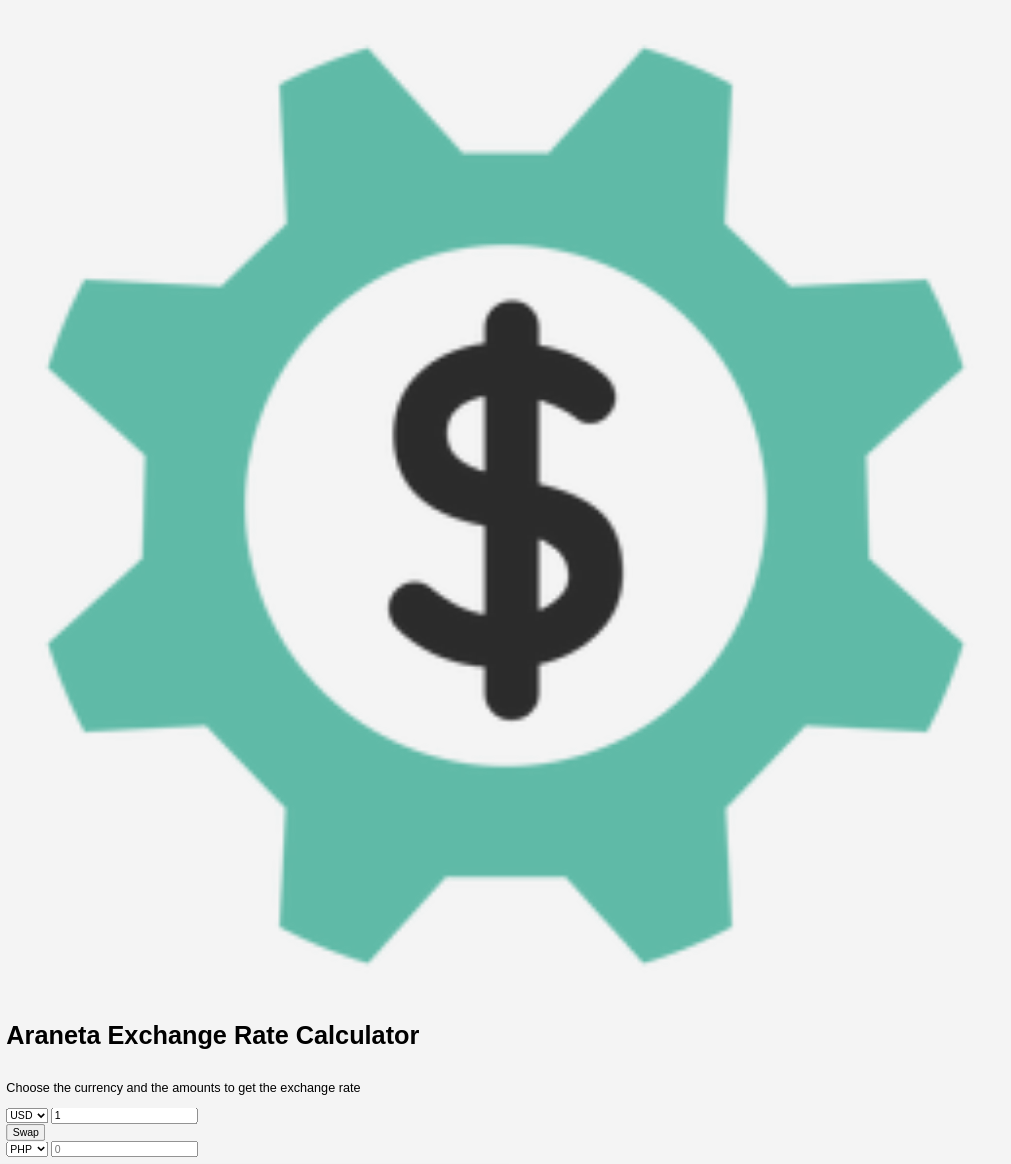
Repository: kenneth1175/ExchangeRateCalculator
Page: index.html
These files come from the project's save history. The page is drawn as it stood at one moment and after the next save; the edit follows.
The browser window is 1280 px wide. The pictures show the whole page, at 79% of full size.

Above is the page before, as saved 2025-10-03 19:28:23.

After the next save:
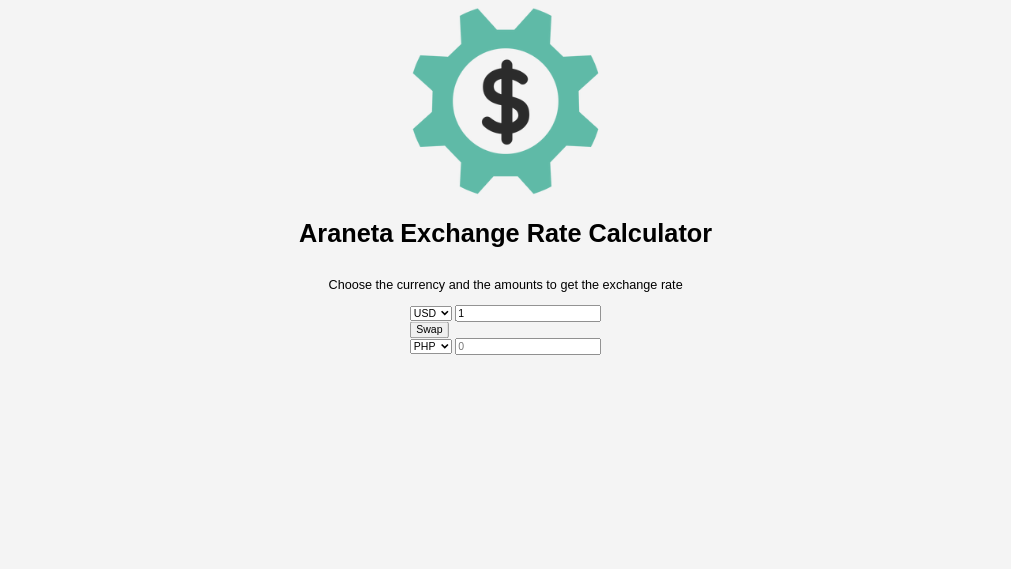
Saved 64 s later.
--- a/style.css
+++ b/style.css
@@ -11,4 +11,8 @@ body {
   font-family: Arial, Helvetica, sans-serif;
   display: flex;
   flex-direction: column;
+  align-items: center;
+  justify-content: center;
+  /* t: 100vh; heigh */
+  margin: 0;
 }
